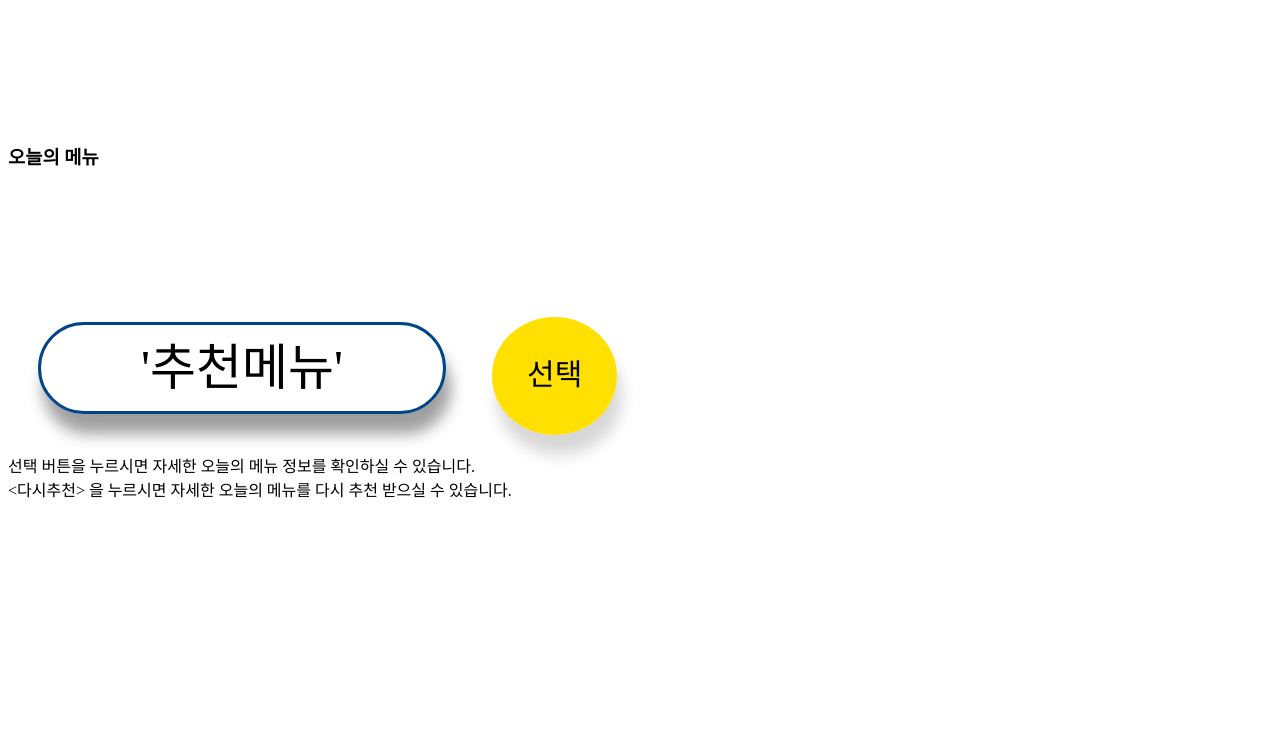
Repository: hkh00700/JustDoEat_Web
Page: http://localhost/justdoeat/WEB-INF/views/home.jsp
These files come from the project's save history. The page is drawn as it stood at one moment and after the next save; the edit follows.
The browser window is 1280 px wide. The pictures show the whole page.
The page is served by Tomcat 9. Nobody is signed in. Other server files are loaded and not shown. The template is opened directly, without the code that normally fills it, so the values that code supplies are empty.

Above is the page before, as saved 2021-05-18 02:47:38.

### justdoeat/src/main/webapp/WEB-INF/views/home.jsp
<%@ taglib uri="http://java.sun.com/jsp/jstl/core" prefix="c" %>
<%@ page language="java" contentType="text/html; charset=UTF-8"
    pageEncoding="UTF-8"%>
<html>
<head>
	<title>Home</title>
<style type="text/css">
.content {
height: 720px;
}

h3{
height: 300px;
line-height: 300px;
}
.content a:first-of-type{
width: 600px;
height: 120px;
margin: 40px 23px 42px 30px;
padding: 15px 100px 15px 100px;
border-radius: 60px;
box-shadow: 5px 20px 15px 0 rgba(0, 0, 0, 0.38);
border: solid 3px #00458a;
text-align: center;
font-size: 50px;
}
.select{
 width: 120px;
  height: 120px;
  margin: 40px 157px 42px 23px;
  padding: 41px 35px 44px;
  box-shadow: 5px 20px 15px 0 rgba(0, 0, 0, 0.16);
  background-color: #ffe000;
  border-radius: 50%;
  font-size: 30px;
}

</style>
</head>
<body>
	<div class="content">
		<h3>오늘의 메뉴</h3>
		<a>'추천메뉴'</a><a class='select'>선택</a>
		<br/><br/><br/><br/>
		선택 버튼을 누르시면 자세한 오늘의 메뉴 정보를 확인하실 수 있습니다.<br/>
		<다시추천> 을 누르시면 자세한 오늘의 메뉴를 다시 추천 받으실 수 있습니다.

	</div>
</body>
</html>

After the next save:
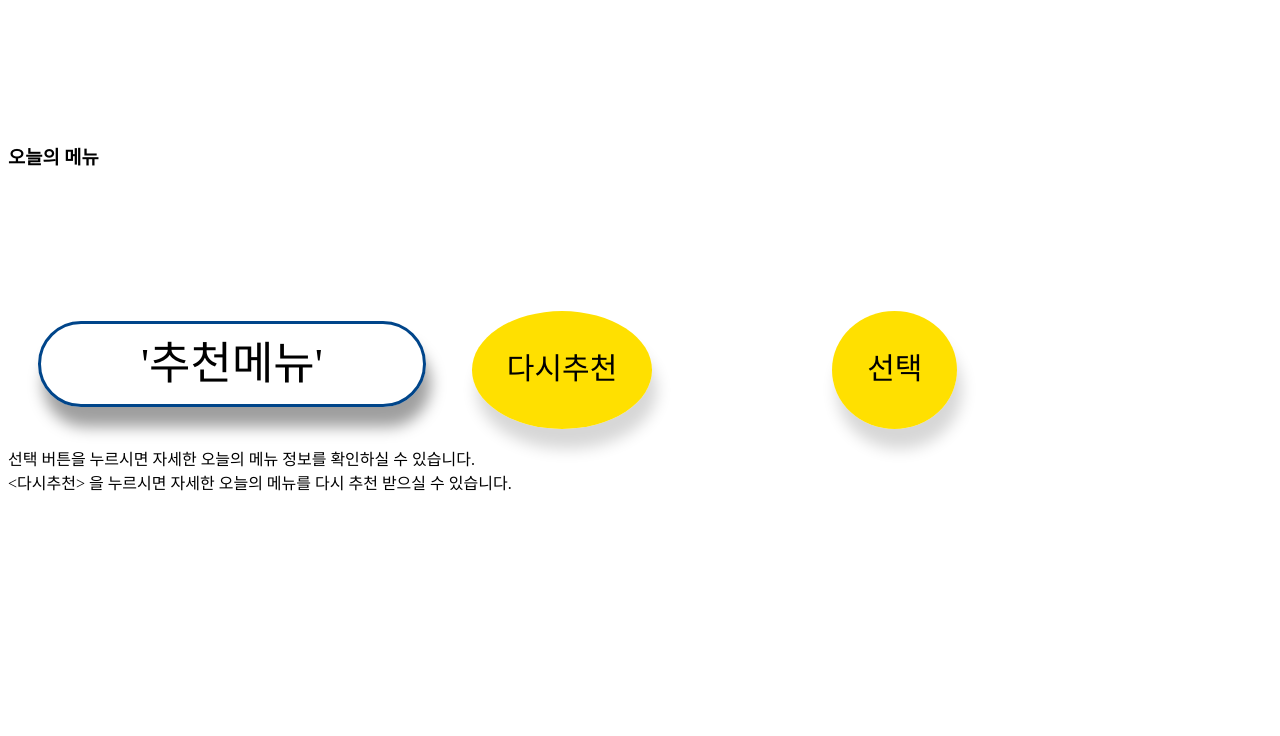
Saved 48 s later.
--- a/justdoeat/src/main/webapp/WEB-INF/views/home.jsp
+++ b/justdoeat/src/main/webapp/WEB-INF/views/home.jsp
@@ -22,7 +22,7 @@
 box-shadow: 5px 20px 15px 0 rgba(0, 0, 0, 0.38);
 border: solid 3px #00458a;
 text-align: center;
-font-size: 50px;
+font-size: 45px;
 }
 .select{
  width: 120px;
@@ -34,13 +34,22 @@
   border-radius: 50%;
   font-size: 30px;
 }
-
+.resel{
+ width: 80px;
+  height: 80px;
+  margin: 40px 157px 42px 23px;
+  padding: 41px 35px 44px;
+  box-shadow: 5px 20px 15px 0 rgba(0, 0, 0, 0.16);
+  background-color: #ffe000;
+  border-radius: 50%;
+  font-size: 30px;
+}
 </style>
 </head>
 <body>
 	<div class="content">
 		<h3>오늘의 메뉴</h3>
-		<a>'추천메뉴'</a><a class='select'>선택</a>
+		<a>'추천메뉴'</a><a class='resel'>다시추천</a><a class='select'>선택</a>
 		<br/><br/><br/><br/>
 		선택 버튼을 누르시면 자세한 오늘의 메뉴 정보를 확인하실 수 있습니다.<br/>
 		<다시추천> 을 누르시면 자세한 오늘의 메뉴를 다시 추천 받으실 수 있습니다.
